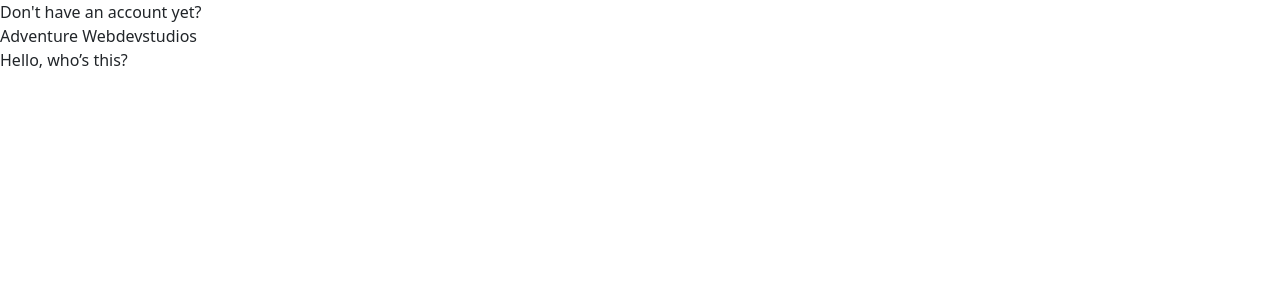
Repository: nnbxxx/React-Untimate
Page: /login
An editor plug-in stored every save of this project. The page is shown before and after a run of saves, followed by the edit.
The browser window is 1280 px wide. The pictures show the whole page.
The project was rebuilt for these pictures with package versions that can differ from the ones it lists, and the page was loaded fresh each time. Also part of the build but not shown: src/components/Header/header.js, src/App.js, src/components/User/User.js, src/components/Admin/SideBar.scss, src/components/Admin/SideBar.js, src/components/Admin/Admin.scss, src/components/Admin/Admin.js, src/components/Home/HomePage.js and 12 more. Imported but missing from the stored project, and not drawn on this page: src/assets/video-homepage.webm.

Above is the page before, as saved 2023-04-12 20:28:29.

After the next 2 saves:
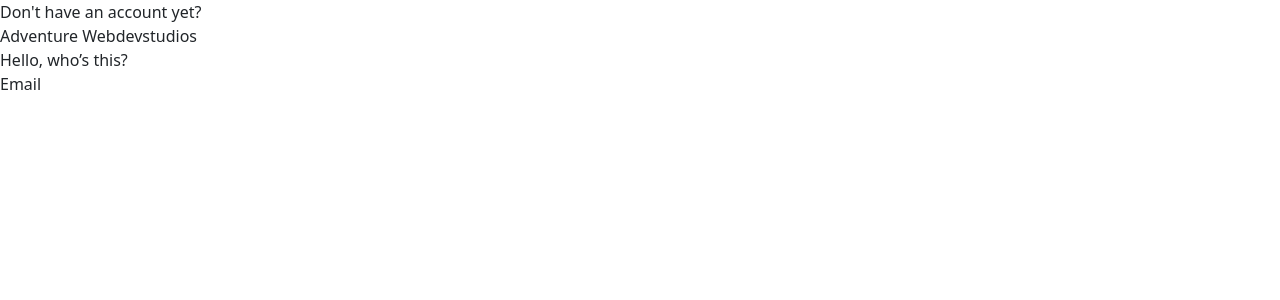
The 2 saves are shown as one change because they came seconds apart.
The last was saved 14 s later.
--- a/src/components/Auth/Login.js
+++ b/src/components/Auth/Login.js
@@ -6,7 +6,9 @@ const Login = () => {
       <div className='title'>Adventure Webdevstudios</div>
       <div className='welcome'>Hello, who’s this?</div>
       <div className='content-form'>
-        <div className='form-group'></div>
+        <div className='form-group'>
+          <label>Email</label>
+        </div>
       </div>
     </div>
   );
